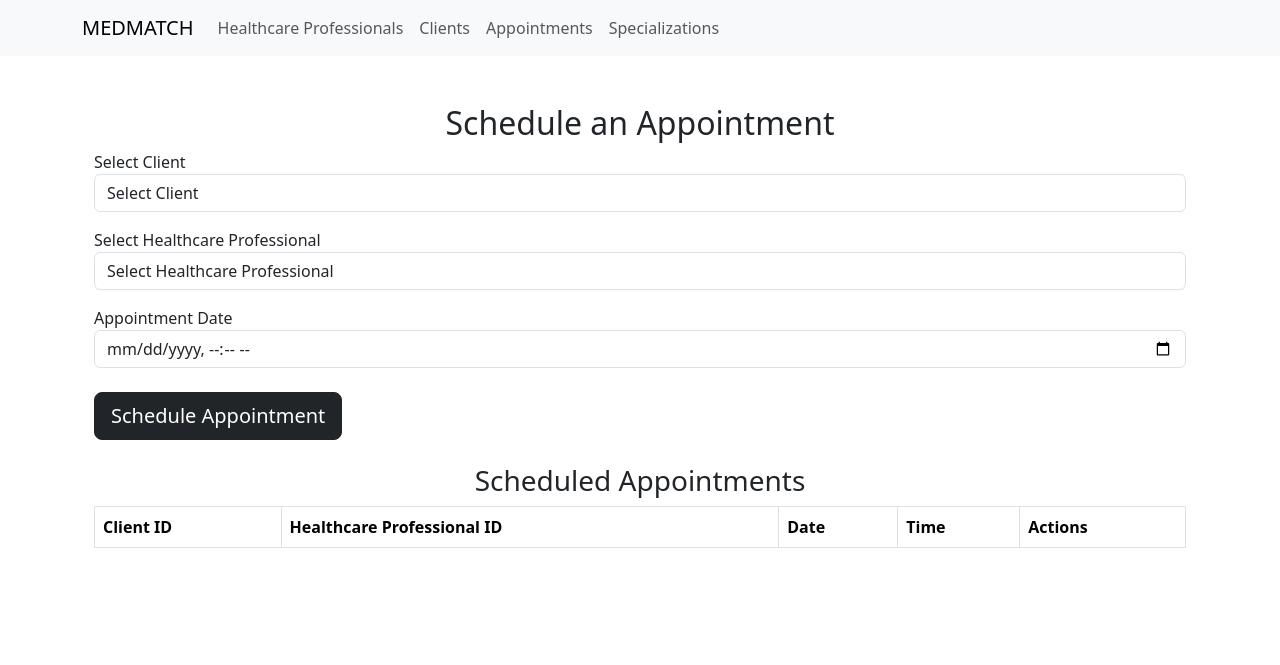
Repository: fahma20/medmatch-platform
Page: /appointments (app in client/)
An editor plug-in stored every save of this project. The page is shown before and after the next save, followed by the edit.
The browser window is 1280 px wide. The pictures show the whole page.
The page's requests for data from a server got no answer. The project was rebuilt for these pictures with package versions that can differ from the ones it lists, and the page was loaded fresh each time. No one was signed in, and anything a server would have sent is missing. Also part of the build but not shown: client/src/components/Healthcareprofessionals.js, client/src/components/Specializations.js, client/src/components/Clients.js, client/src/components/Homepage.js.

Above is the page before, as saved 2025-01-31 10:16:09.

After the next save:
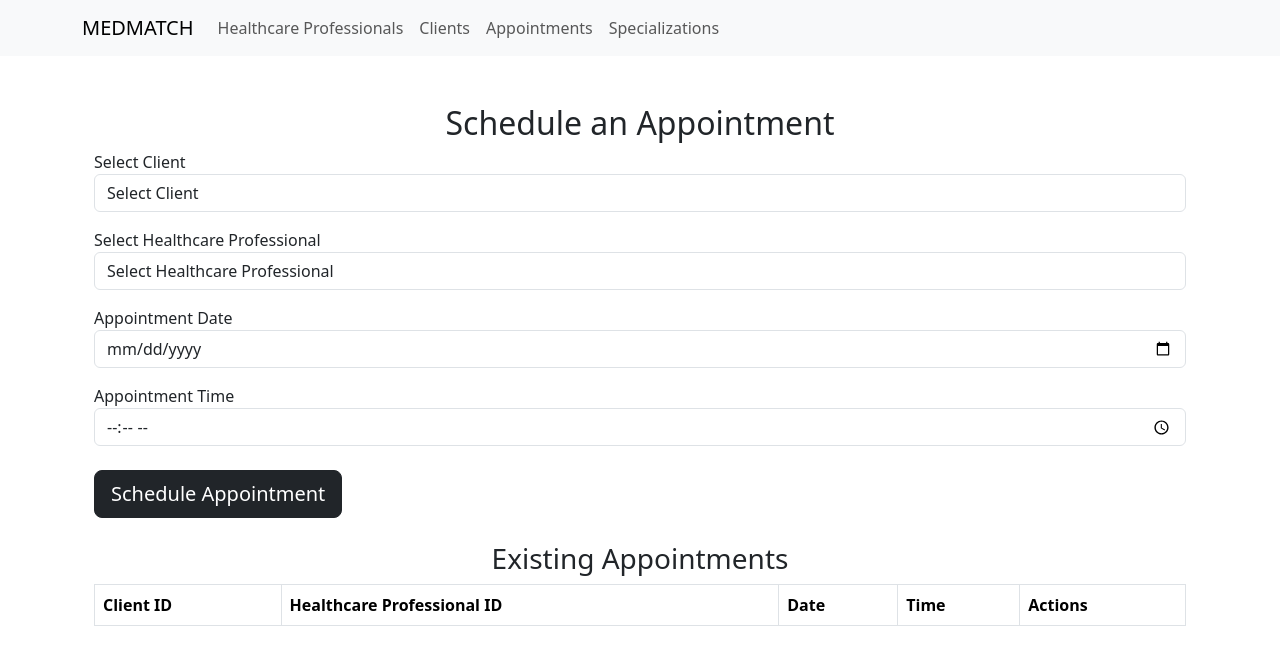
Saved 2 min 30 s later.
--- a/client/src/components/Appointments.js
+++ b/client/src/components/Appointments.js
@@ -165,6 +165,7 @@ const Appointments = () => {
     const [professionals, setProfessionals] = useState([]);
     const [appointments, setAppointments] = useState([]);
     const [appointmentDate, setAppointmentDate] = useState('');
+    const [appointmentTime, setAppointmentTime] = useState('');
     const [clientId, setClientId] = useState('');
     const [professionalId, setProfessionalId] = useState('');
     const [message, setMessage] = useState('');
@@ -202,6 +203,7 @@ const Appointments = () => {
             client_id: clientId,
             healthcare_professional_id: professionalId,
             date: appointmentDate,
+            time: appointmentTime,
         };
 
         try {
@@ -231,6 +233,7 @@ const Appointments = () => {
         setClientId('');
         setProfessionalId('');
         setAppointmentDate('');
+        setAppointmentTime('');
     };
 
     // Handle deleting an appointment
@@ -241,7 +244,6 @@ const Appointments = () => {
             });
 
             if (response.ok) {
-                // Filter out the deleted appointment from the state
                 setAppointments((prevAppointments) => prevAppointments.filter(appointment => appointment.id !== appointmentId));
                 setMessage('Appointment deleted successfully!');
             } else {
@@ -289,10 +291,20 @@ const Appointments = () => {
                 <div className="form-group mt-3">
                     <label>Appointment Date</label>
                     <input
-                        type="datetime-local"
+                        type="date"
                         className="form-control"
                         value={appointmentDate}
                         onChange={(e) => setAppointmentDate(e.target.value)}
+                        required
+                    />
+                </div>
+                <div className="form-group mt-3">
+                    <label>Appointment Time</label>
+                    <input
+                        type="time"
+                        className="form-control"
+                        value={appointmentTime}
+                        onChange={(e) => setAppointmentTime(e.target.value)}
                         required
                     />
                 </div>
@@ -304,7 +316,7 @@ const Appointments = () => {
             {message && <div className="mt-4 alert alert-info">{message}</div>}
 
             <div className="mt-4">
-                <h3 className="text-center">Scheduled Appointments</h3>
+                <h3 className="text-center">Existing Appointments</h3>
                 <table className="table table-bordered">
                     <thead>
                         <tr>
@@ -324,7 +336,7 @@ const Appointments = () => {
                                 <td>{appointment.time}</td>
                                 <td>
                                     <button
-                                        className="btn btn-dark"
+                                        className="btn btn-danger"
                                         onClick={() => handleDelete(appointment.id)}
                                     >
                                         Delete
